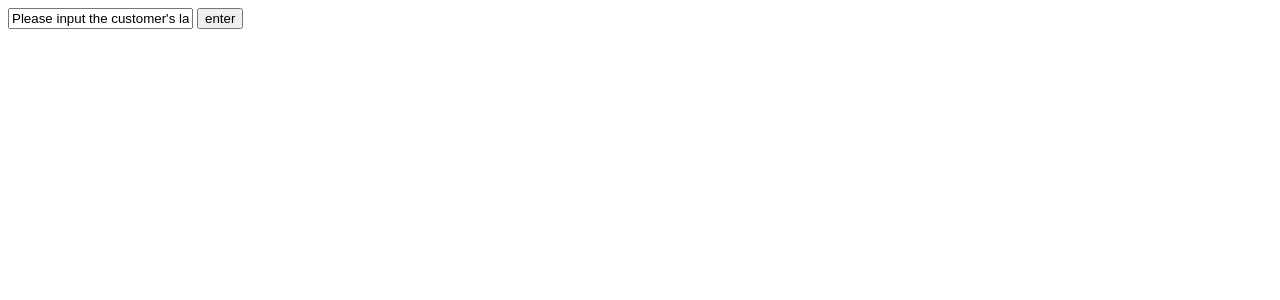
Repository: ri144/JavaWebCourse
Page: CustomerServletProject/WebContent/index.html
These files come from the project's save history. The page is drawn as it stood at one moment and after the next save; the edit follows.
The browser window is 1280 px wide. The pictures show the whole page.

Above is the page before, as saved 2017-06-13 16:06:28.

After the next save:
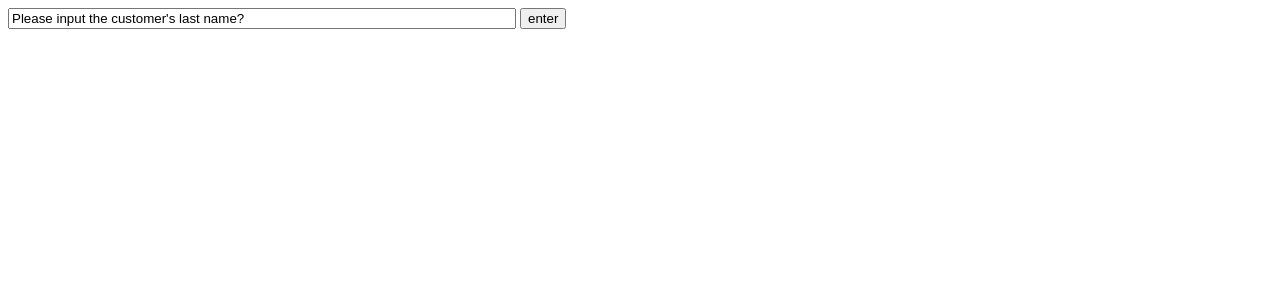
Saved 34 s later.
--- a/CustomerServletProject/WebContent/index.html
+++ b/CustomerServletProject/WebContent/index.html
@@ -2,11 +2,11 @@
 <html>
 <head>
 <meta charset="UTF-8">
-<title>Insert title here</title>
+<title>Search</title>
 </head>
 <body>
 <form action = "/ServerSublet" method = "post">
-<input type = "text" style= "width:500;" name="lName" value="Please input the customer's last name?">
+<input type = "text" style= "width:500px;" name="lName" value="Please input the customer's last name?">
 <input type = "submit" value = "enter">
 
 
